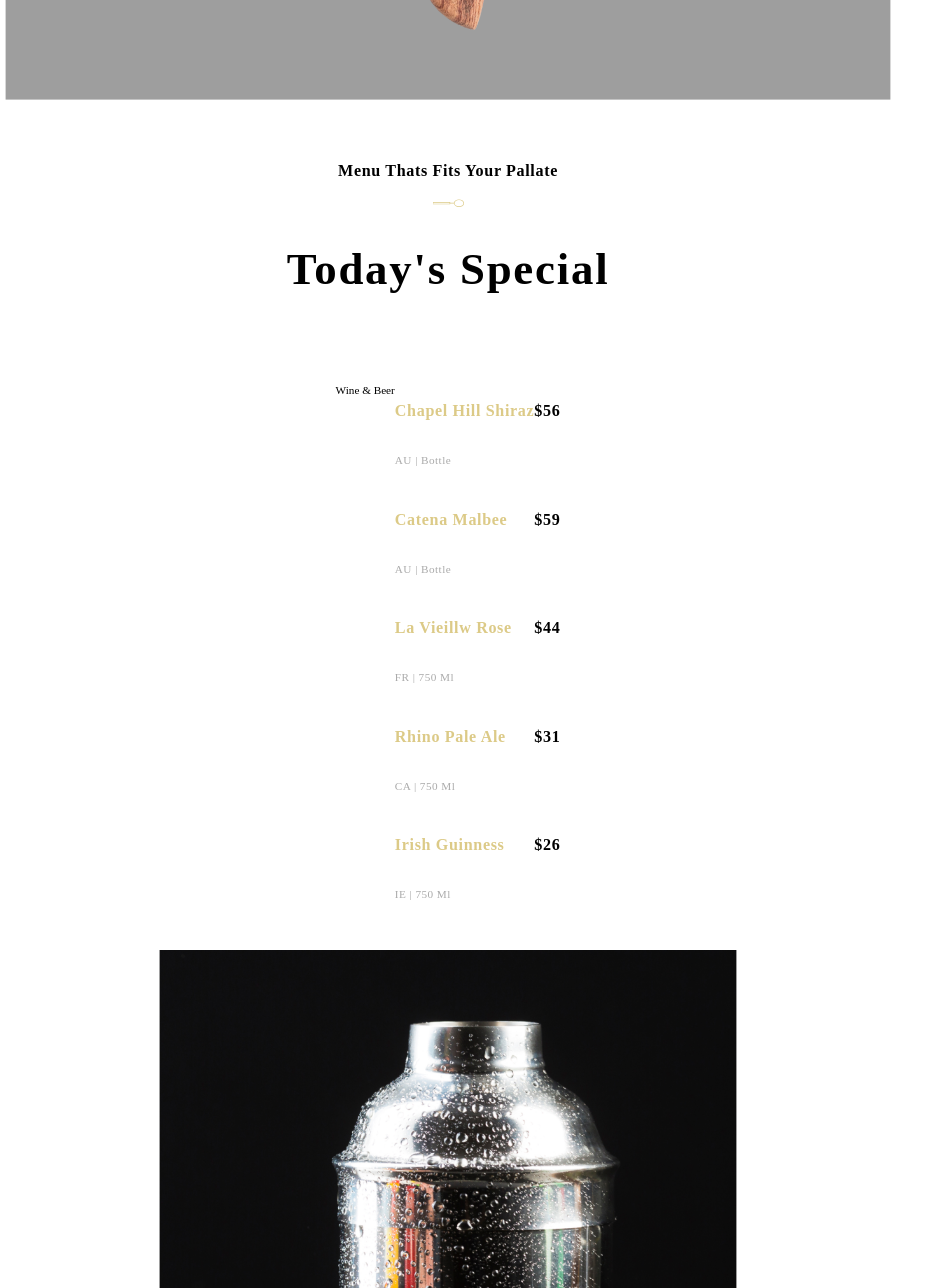
Repository: remydev47/restaurant
Page: /
The author's editor kept a copy of each file at every save. The page is drawn from the files as they stood at one save, then again after the next save.
The browser window is 1280 px wide. The page is 1336 px wide, so the pictures cover 1336 px, including what lies to the right of the window. The pictures show the part of the page from y = 2245 to 4085 px (the page is 5961 px tall), at 70% of full size.
Pictures or frames that could not be fetched are drawn as grey boxes. Backgrounds fixed to the window are drawn as part of the page. The project was rebuilt for these pictures with package versions that can differ from the ones it lists, and the page was loaded fresh each time. Also part of the build but not shown: src/container/Chef/Chef.css, src/components/Footer/Newsletter.jsx, src/components/Footer/FooterOverlay.jsx. Imported but missing from the stored project, and not drawn on this page: src/assets/meal.mp4.

Above is the page before, as saved 2022-03-16 08:12:17.

After the next save:
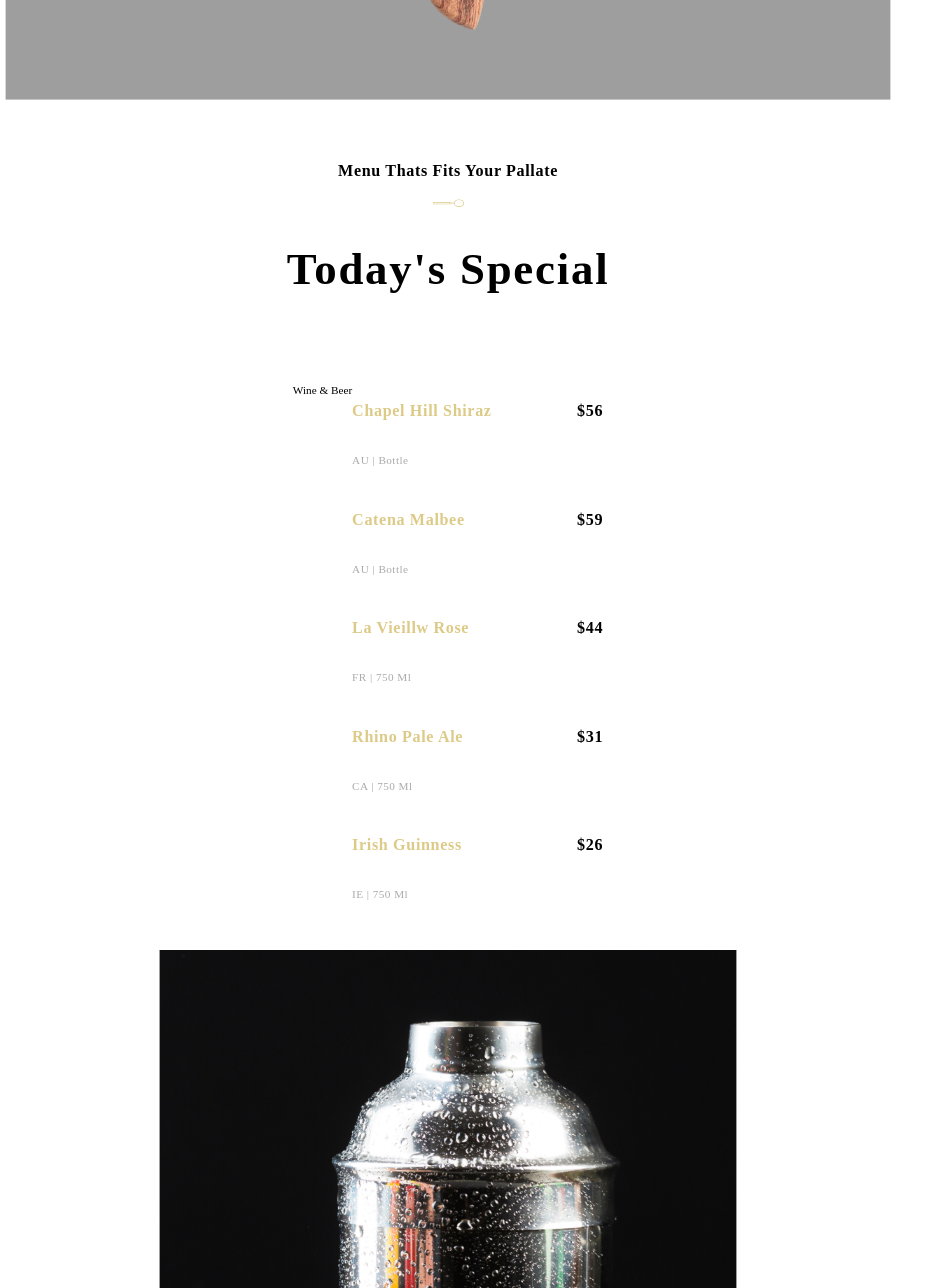
Saved 3 min 14 s later.
--- a/src/components/Menuitem/MenuItem.css
+++ b/src/components/Menuitem/MenuItem.css
@@ -16,3 +16,15 @@
     width: 100%;
     margin-top: 0.2rem;
 }
+
+.app__menuitem-name{
+    flex: 1;
+}
+
+.app__menuitem-dash {
+    width: 90px;
+    height: 1px;
+
+    background: var(--color-golden);
+    margin: 0 1rem;
+}
